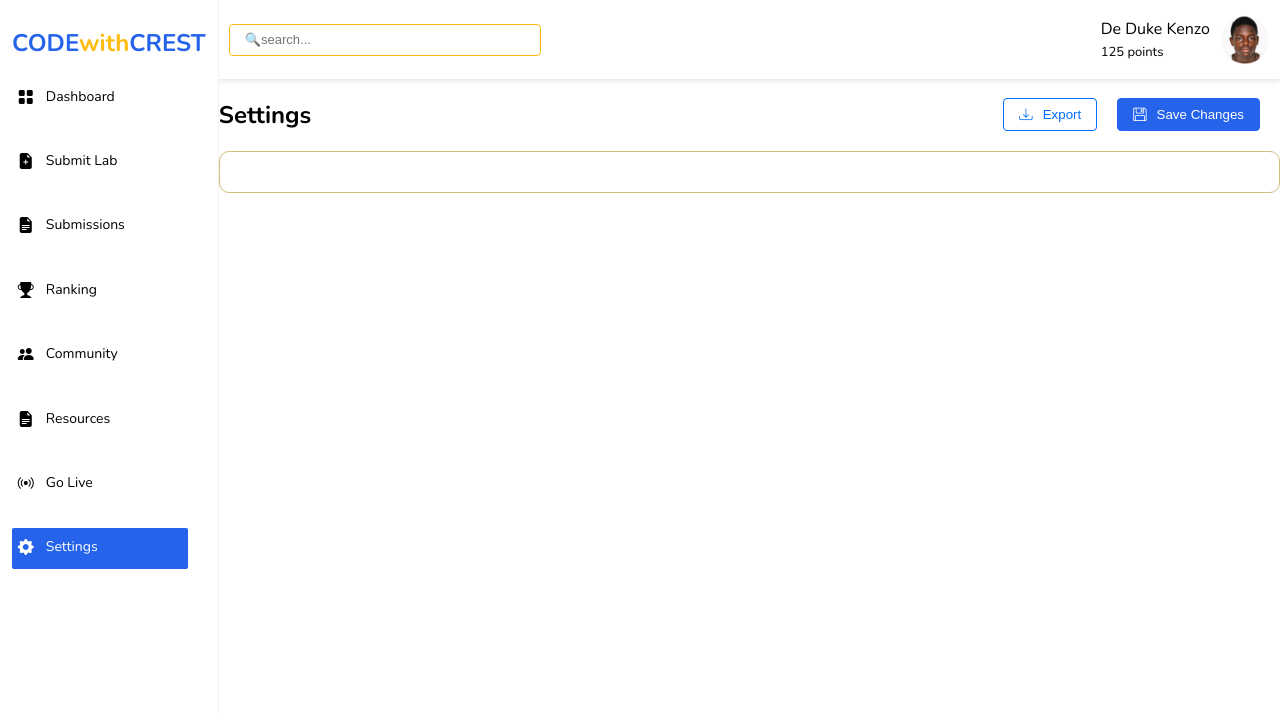
Repository: CarlTeclancing/codewithcrest
Page: /dashboard/settings
An editor plug-in stored every save of this project. The page is shown before and after the next save, followed by the edit.
The browser window is 1280 px wide. The pictures show the whole page.
The project was rebuilt for these pictures with package versions that can differ from the ones it lists, and the page was loaded fresh each time. Also part of the build but not shown: vite.config.js, src/pages/Dashboard/dashboard.css, globals.js, src/pages/Dashboard/Dashboard.jsx, src/pages/ranking/ranking.css, src/components/UserCard.jsx, src/pages/ranking/Ranking.jsx, src/components/GuideLines.jsx and 18 more.

Above is the page before, as saved 2025-09-10 14:41:31.

### index.html
<!doctype html>
<html lang="en">
  <head>
    <meta charset="UTF-8" />
    <link rel="icon" type="image/svg+xml" href="./src/assets/react.svg" />
    <meta name="viewport" content="width=device-width, initial-scale=1.0" />
    <title>CODEwithCREST</title>
    <link rel="stylesheet" href="https://cdn.jsdelivr.net/npm/bootstrap-icons@1.13.1/font/bootstrap-icons.min.css">
    <!-- fonts-->
     <link rel="preconnect" href="https://fonts.googleapis.com">
     <link rel="preconnect" href="https://fonts.gstatic.com" crossorigin>
     <link href="https://fonts.googleapis.com/css2?family=Nunito:ital,wght@0,200..1000;1,200..1000&display=swap" rel="stylesheet">
  </head>
  <body>
    <div id="root"></div>
    <script type="module" src="/src/main.jsx"></script>
  </body>
</html>

### src/main.jsx
import { StrictMode } from 'react'
import { createRoot } from 'react-dom/client'
import './index.css'
import App from './App.jsx'
import 'react-responsive-modal/styles.css';


createRoot(document.getElementById('root')).render(
  <StrictMode>
    <App/>
  </StrictMode>,
)

### src/index.css
:root {
  /* CSS variables */
   --primary-color: #5B0C4E;
   --primary-color-hover: #5b0c4edc;
   --bg-color: #FFFAFE;
   --bg-white: #ffffff;
   --text-color: #262626;
   --border-color: #93B4FD;
   --bg-tab: #DECADB;

   --pending: #EA5254;
   --completed: #3CDA7D;
   --in-progress: #F9BD3B;

   --primary-white-color: white;
   --primary-black-color: black;
   --primary-error-color: red;
 }

body{
  /* border: solid 1px blue; */
  margin: 0%;
  width: 100%;
  height: auto;
  /* display: flex; */
  /* justify-content: center; */
  font-family: "Nunito", sans-serif;
  font-optical-sizing: auto;
  font-weight: 400;
  font-style: normal;
  overflow-x: hidden;
}
/* .post{
  width: 80%;
  display: flex;
  flex-direction: row;
  flex-wrap: wrap;
  align-items: center;
  justify-content: center;
}
.individual-post{
  width: 500px;
  height: auto;
  background-color: rgba(0, 0, 0, 0.05);
  margin: 12px;
  padding: 24px;
  border-radius: 12px;
  border: 1px solid rgba(0, 0, 0, 0.05);
  color: black;
} */

### src/App.jsx
import React  from 'react'
import { createBrowserRouter, RouterProvider ,Route ,Routes } from 'react-router-dom'

import Dashboard from './pages/Dashboard/Dashboard.jsx'
import Ranking from './pages/ranking/Ranking.jsx'
import Submission from './pages/submission/Submission.jsx'

import SubmitLab from './pages/submitLab/SubmitLab.jsx'
import Community from './pages/community/Community.jsx'
import Resources from './pages/resources/Resources.jsx'
import Assistant from './pages/assistant/Assistant.jsx'
import Login from './pages/auths/login/Login.jsx'
import Register from './pages/auths/register/_Register.jsx'
import PersonalInfo from './pages/auths/register/PersonalInfoForm.jsx'
import Experience from './pages/auths/register/ExperienceForm.jsx'
import Program from './pages/auths/register/ProgramForm.jsx'
import { UserProvider } from './providers/userProvider.jsx'
import DashboardLayout from './Layout/DashboardLayout.jsx'
import Subscribe from './pages/subscribe/Subscribe.jsx'
import GoLive from './pages/golive/GoLive.jsx'
import Setting from './pages/settings/Setting.jsx'

function App() {

  const router = createBrowserRouter([
    {path:'/', element:<Login />},
    // No landing page
    // Auth pages
    {path:'/login',  index:true,element:<Login />},
    {path:'/register', element:<Register />},
    {path:'/personal-information', element:<PersonalInfo />},
    {path:'/program', element:<Program />},
    {path:'/experience', element:<Experience/>},

    // Subscribtion page
    {
      path:'/subscribe',
      element:<Subscribe/>
    },

    // Dashboard pages
    {
      path:'/dashboard',
      element:<DashboardLayout/>,
      children:[
        {
          index:true,
          element:<Dashboard/>
        },
        {path:'submissions', element:<Submission />},
        {path:'submitlab', element:<SubmitLab />},
        {path:'community', element:<Community />},
        {path:'ranking', element:<Ranking />},
        {path:'resources', element:<Resources />},
        {path:'golive', element:<GoLive />},
        {path:'settings', element:<Setting />},

      ]
    },

    // {path:'/ranking', element:<Ranking />},
    // {path:'/bugtracking', element:<BugTracking />},
    // {path:'/hello', element:<Hello />},
    // {path:'/assistant', element:<Assistant />}

  ]);

  return (
    <>
      <UserProvider>
        <RouterProvider router={router} />
      </UserProvider>
    </>
  )
}

export default App

const Temp = () => {
  return(
    <>
      testing temp comp
    </>
  )
}

### src/providers/userProvider.jsx
import React ,{createContext ,useState} from "react";


const UserContext = createContext()

export const UserProvider = ({children}) => {
    const [user ,setUser] = useState()

    return (<UserContext.Provider value={{user:user ,setUser:setUser}}  >{children}</UserContext.Provider>)
}

export default UserContext

### src/Layout/DashboardLayout.jsx
import React from "react";
import Sidebar from "../components/Sidebar";
import { Outlet } from "react-router-dom";
import Header from "../components/Header";
import '../styles/layout.css'


const DashboardLayout = () => {
    return(
        <React.Fragment>
            <div style={{border:'solid 0px blue',display:'flex' }}>
                <Sidebar/>

                <div style={{border:'solid 0px red' ,flex:1 ,display:'flex', flexDirection:'column'}}>
                    <div>
                        <Header/>
                    </div>
                    <div>
                        <Outlet/>
                    </div>
                </div>
            </div>

        </React.Fragment>
    )
}

export default DashboardLayout

### src/pages/settings/Setting.jsx
import React, {useState ,useEffect} from 'react'

function Setting() {
  return (
    <div>
        <div style={{display:'flex', justifyContent:'space-between'}}>
            <h2>Settings</h2>
            <div style={{display:'flex', alignItems:'center'}}>
                <button className='btnl'>
                    <i class="bi bi-download" style={{marginRight:'10px'}}></i>
                    Export
                </button>
                <button>
                    <i class="bi bi-floppy" style={{marginRight:'10px'}} ></i>
                    Save Changes
                </button>
            </div>
        </div>

        <div className="lab-info">

        </div>
    </div>
  )
}

export default Setting

### src/pages/submitLab/submitlab.css
.labs-container{
    display: flex;
    flex-direction: column;
    padding: 0px 10px;
    gap: 15px;
}
.lab-info{
    display: flex;
    padding: 20px;
    border-radius: 10px;
    flex-direction: column;
    border: 1px solid rgba(168, 122, 5 ,0.5);
}
.headline{
    display: flex;
    align-items: center;
    justify-content: space-between;
    line-height: 0%;
}
.headline h3{
    /* font-size: x-large; */
    font-weight:800;
}
.bottom-line{
    display: flex;
    align-items: center;
    justify-content: space-between;
    font-size: small;
}
.points{
    font-size: small;
}
.hashtags{
    /* width: auto; */
    border: solid 1px rgba(0,0,255 ,0.3);
    padding: 10px;
    font-size: x-small;
    color: #006EFF;
    border-radius: 6px;
    background-color: #E3F2FD;
}
.inactive-btn{
    color: #2563EB;
    background-color: white;
    border: solid 1px #2563EB;
}
.deadline{
    color: #006EFF;
    margin-right: 25px;
}
.task{
    color: grey;
}
.form-group{
  display: flex;
  align-items:center;
  margin-bottom: 15px;
}
.form-group > div {
  flex: 1; /* Makes both fields take equal space */
  margin-right: 10px;
}
.form-group > div:last-child {
  margin-right: 0; /* Remove margin from the last child */
}
button{
    color: black;
    padding: 5px 8px;
    margin-right: 20px;
}
button:hover, .button.active{
  cursor: pointer;
  border-radius: 2px;
  color: white;
  border: 1px solid #2563EB;
  background-color: #2563EB;
}
.upload{
    padding: 20px;
    width: 60%;
    height: 160px;
    place-self: center;
    display: flex;
    margin: 25px 0;
    border-radius: 5px;
    flex-direction: column;
    text-align: center;
    align-items: center;
    justify-content: center;
    border: 1px dashed black;
}
.upload input{
    padding: 5px 8px;
    place-self: center;
}
.upload span{
 color: #959595;
 font-size: 10px;
}

th{
    color: #959595;
    font-weight: lighter;
    background-color: #E3F2FD;
}
td{
    padding: 8px 15px;
    font-size: 12px;
    font-weight: lighter;
}
.url{
    color: #006EFF;
}
.nav{
    width: 95%;
    display: flex;
    align-items: center;
    justify-content: space-between;
}
label, input::placeholder{
    font-size: 13px;
}
.btnl{
    color: #006EFF;
    background-color: white;
    border: 1px solid #006EFF;
}
.bar a{
    color: black;
    font-weight: 12px;
    margin-left: 25px;
    font-weight: lighter;
    text-decoration: none;
}

### src/pages/community/community.css
.community-page{
    display: flex;
    gap: 20px;
    /* padding-right: 20px; */
}
.form-post span{
    margin-right: 10px;
}
.left-side{
    /* width: 60%; */
    flex: 1;
    display: flex;
    /* margin-right: 20px; */
    flex-direction: column;
}
.right-side{
    width: 250px;
    display: flex;
    flex-direction: column;
    font-size: small;
    gap: 15px;
}
.firstline{
    display: flex;
    align-items: center;
}
.contributor-info{
    display: flex;
    flex-direction: column;
    /* border: solid 1px red; */
    padding: 0;
    margin: 0;
    line-height: normal;
}
.contributors img{
  width: 40px;
  height: 40px;
  background-color: rgba(0,0,0,0.2);
  border-radius: 50%;
  margin-right: 20px;
}
input{
    height: 23px;
}
textarea{
    height: 70px;
}
input, textarea{
    width:90%;
    outline: none;
    padding: 5px 10px;
    border-radius: 3px;
    border: 1px solid #959595;
}
.bottom{
    display: flex;
    align-items: center;
    justify-content: space-between;
}
.add a{
    color: #959595;
    margin-right: 15px;
    text-decoration: none;
}
.bottom button{
    color: white;
    padding: 8px 12px;
    border-radius: 6px;
    border: 1px solid #9b83fc;
    background-color: #9b83fc;
}
.trends{
    display: flex;
    justify-content: space-between;
}
.hashtag{
    color: #9b83fc;
}
.top-contributors{
    display: flex;
    flex-direction: column;
    gap: 7px;
}
.contributors, .top-contributors{
    margin: 0% !important;
}
.contributors{
    display: flex;
    align-items: center;
}
.contributor-point{
    color: #959595;
}
.suggestion{
    padding: 5px 10px;
    margin-bottom: 10px;
    border-radius: 4px;
    background-color: #f3f2f2;
}
.level-name{
    color: #16A34A;
}
.suggestion p, .level-point{
    color: #959595;
}
.post-profile{
    display: flex;
    padding: 10px 0px;
    align-items: center;
    gap: 5px;
}
.form-post{
    padding: 0px 20px;
    border-radius: 3px;
    margin-bottom: 10px;
    border: 1px solid #959595;
}
.post-profile img{
    width: 45px;
    height: 45px;
    background-color: rgba(0,0,0,0.2);
    border-radius: 20px;
}
.post-profile .name{
    font-weight: bold;
}
.post-profile .time{
    font-size: small;
    color: grey;
}
.post-profile-info{
    display: flex;
    flex-direction: column;
}

### src/pages/resources/resource.css
button{
  color: white;
  padding: 8px 15px;
  border-radius: 4px;
  background-color: #2563EB;
  border: 1px solid #2563EB;
}
.library{
    display: flex;
    padding: 10px;
    border-radius: 5px;
    flex-direction: column;
    border: 1px solid rgba(0,0,0,0.2);
}
.nav-link{
    display: flex;
    align-items: center;
    justify-content: space-between;
}
.nav-link a, .bln{
    padding: 5px 10px;
    color: black;
    text-decoration: none;
    border-radius: 5px;
    background-color: #f0efef;
}
.nav-link a:hover{
    color: white;
    background-color: #2563EB;
}
.nav{
    display: flex;
    width: 40%;
    flex-direction: left;
}
.resource-block{
    /* width: 100%; */
    display: flex;
    overflow: hidden;
    justify-content: space-between;
}
.resource-box{
    min-width: 275px;
    height: 150px;
    padding: 0px 15px;
    /* margin-right: 15px; */
    border-radius: 5px;
    /* margin-bottom: 10px; */
    border: 1px solid rgba(0,0,0,0.2);
}
.left-block{
    /* width: 73%; */
    flex: 1;
    /* border: solid 1px red; */
    display: flex;
    gap: 10px;
    row-gap: 0px;
    flex-wrap: wrap;
}
.right-block{
 width: 200px;
 font-size: small;
 display: flex;
 flex-direction: column;
 gap: 10px;
}
.right-bar{
 padding:10px 15px;
 border-radius: 5px;
 border: 1px solid rgba(0,0,0,0.2);
}
.post-profile-info .name{
    margin: 0%;
}
.headline{
    display: flex;
    justify-content: space-between;
    gap: 20px;
}
.headline span{
    /* text-align: center; */
}
.top-value{
    color: #2563EB;
}
.quote{
    color: #2563EB;
    margin-top: 25px;
    padding:10px 15px;
    text-align: center;
    border-radius: 5px;
    background-color: #cce0f4;
    border: 1px solid #2563EB;
}
.goal{
    color: #2563EB;
    text-align: center;
    font-weight: bolder;
}
.weekly{
    text-align: center;
}
.weekly progress{
    background-color: #FFBC10;
}
.weekly progress::-webkit-progress-value {
  background-color: #FFBC10;
  border-radius: 10px;
  height: 8px;
}
.column{
    padding: 5px 10px;
    border-radius: 10px;
    margin-bottom: 10px;
    border-left: 3px solid #FFBC10;
    background-color: #d7e6f5;
}
.column h4{
    margin: 7px;
}
.column p{
    margin: 0%;
    font-size: 12px;
    line-height: 17px;
}
.p{
    color: #959595;
}
.assistant{
    display: flex;
    flex-direction: column;
}
.assistant h1, .assistant p{
    text-align: center;
}
.assistant h1{
    margin: 0%;
}
.assist{
    width: 60%;
    display: flex;
    margin-top: 40px;
    place-self: center;
    flex-direction: column;
}
.box-suggest{
    /* border:solid 1px red; */
    width: 100%;
    display: flex;
    flex-wrap: wrap;
    align-items: center;
    gap: 10px;
    justify-content: space-evenly;
}
.suggest{
    cursor: pointer;
    padding: 20px;
    font-size: smaller;
    color: #2563EB;
    text-align: center;
    border-radius: 5px;
    font-weight: bold;
    border: 1px solid #c3c3c3;
}

### src/components/Sidebar.jsx
import React from 'react'
import { Link  ,useLocation } from 'react-router-dom'
import '../styles/sideBarStyles.css'


function Sidebar() {

   const location = useLocation()

   return (
    <div className='sidebar-admin'>
         <h2 className="logo p-10"><span>CODE</span>with<span>CREST</span></h2>
         <div className="navbar p-10">
               <Link className={`section ${location.pathname === "/dashboard" ? "active" : ""}`} to="/dashboard" >
                  <i className="bi bi-grid-fill"></i>
                  <span className='nav-element'>Dashboard</span>

               </Link>
               <Link className={`section ${location.pathname === "/dashboard/submitlab" ? "active" : ""}`} to="/dashboard/submitlab">
                  <i class="bi bi-file-earmark-plus-fill"></i>
                  <span className='nav-element'>Submit Lab</span>
               </Link>
               <Link className={`section ${location.pathname === "/dashboard/submissions" ? "active" : ""}`} to="/dashboard/submissions">
                  <i class="bi bi-file-earmark-text-fill"></i>
                  <span className='nav-element'>Submissions</span>
               </Link>
               <Link className={`section ${location.pathname === "/dashboard/ranking" ? "active" : ""}`} to="/dashboard/ranking">
                  <i class="bi bi-trophy-fill"></i>
                  <span className='nav-element'>Ranking</span>
               </Link>
               <Link className={`section ${location.pathname === "/dashboard/community" ? "active" : ""}`} to="/dashboard/community">
                  <i class="bi bi-people-fill"></i>
                  <span className='nav-element'>Community</span>
               </Link>
               <Link className={`section ${location.pathname === "/dashboard/resources" ? "active" : ""}`} to="/dashboard/resources">
                  <i class="bi bi-file-earmark-text-fill"></i>
                  <span className='nav-element'>Resources</span>
               </Link>
               <Link className={`section ${location.pathname === "/dashboard/golive" ? "active" : ""}`} to="/dashboard/golive">
                  <i class="bi bi-broadcast"></i>
                  <span className='nav-element'>Go Live</span>
               </Link>
               <Link className={`section ${location.pathname === "/dashboard/settings" ? "active" : ""}`} to="/dashboard/settings">
                  <i class="bi bi-gear-fill"></i>
                  <span className='nav-element'>Settings</span>
               </Link>
         </div>

      </div>
  )
}

export default Sidebar

### src/components/Header.jsx
import React ,{useState ,useEffect} from 'react'
// import  './layout.css'
import Img1 from '../assets/img1.jpg'


function Header() {

  const [showMenu ,setShowMenu] = useState(false)

  useEffect(()=>{
    if(window.innerWidth <= 500){
      setShowMenu(true)
    }
  },[window.innerWidth])
  console.log(showMenu);


  return (
    <div className='head'>
      {/* {showMenu && <div>
          <span className='bi bi-menu'>🍺</span>
      </div>} */}

      {/* <h2 className="logo"><span>CODE</span>with<span>CREST</span></h2> */}
        <div>
          <span style={{display:'flex', alignItems:'center'}}>
            <input type="text"  className='search' placeholder='🔍search...  '/>
          </span>
        </div>

        <div className="profile" style={{cursor:'pointer'}}>
            <p className='name'>De Duke Kenzo<br/><span className='points'>125 points</span></p>
            <img src={Img1} alt="" />
        </div>
    </div>
  )
}

export default Header

### src/styles/layout.css
.guidelines{
  /* border: solid 1px cyan; */
  padding: 5px;
}
.guide{
  width: 250px;
  border-radius: 10px;
  font-size: small;
  border: 1px solid #93B4FD;
  background-color: #F0F9FF;
  padding:10px;
  display: flex;
  flex-direction: column;
  color: grey;
}
.guide h3{
  color: black;
  /* line-height: normal; */
}
.guide ul{
  list-style: none;
}
.guide-container{
  /* width: 100%; */
  display: flex;
  flex-wrap: wrap;
  gap: 15px;
  /* justify-content: space-between; */
}
.guide-container div:first-child{
  border-left: 4px solid var(--primary-color);
}
.guide-container div:nth-child(2){
  border-left: 4px solid var(--primary-error-color);
  /* margin-left: 12px; */
}
.guide-container div:nth-child(3){
  border-left: 4px solid var(--completed);
  /* margin-left: 12px; */
}

.nav-element{
  margin-left: 12px;
  font-size: 14px;
  width: 100%;
}

.head{
  padding: 10px;
  height:59px;
  /* width: 98%; */
  display: flex;
  align-items: center;
  justify-content: space-between !important;
  background-color: #ffffff;
  box-shadow: 0 2px 5px rgba(0, 0, 0, 0.1);
}

.icon{
  margin-right: 10px;
}
.search{
  width: 280px;
  height: 30px;
  outline: none;
  border-radius: 4px;
  border: 1px solid #FFBC10;
  padding: 0 15px;
}
.profile{
  display: flex;
  align-items: center;
}
.profile img{
  width: 50px;
  border-radius: 50%;
  margin-left: 10px;
}

.dashboard-container{
  padding: 10px;
  padding-bottom: 50px;
  /* border: solid 1px green; */
  overflow: auto;
  display: flex;
  flex-direction: column;
  gap: 20px;
}

### src/styles/sideBarStyles.css
.sidebar-admin{
  top: 0;
  max-width: 200px;
  display: flex;
  padding: 12px;
  flex-direction: column;
  background-color: #ffffff;
  scroll-behavior: smooth;
  border-right: solid 1px rgba(0,0,0,0.05);
  /* border: solid 1px red; */
  position: sticky;
  height: 96vh;
}
.sidebar-admin a{
  text-decoration: none;
  color: black;
  margin-bottom: 20px;
  background-color: rgba(255, 255, 255, 0.527);
  border-radius: 3px;
  transition: 0.3s, color 0.3s;
  display: flex;
}
.navbar{
  display: flex;
  flex-direction: column;
  justify-content: space-between;
}
.logo{
 margin:0px;
 font-weight: bolder;
 color: #FFBC10;
 line-height: normal;
 padding: 15px 0px;
}
.logo span{
  color: #2563EB;
}
.section{
  margin: 3px 0;
  width: 85%;
  padding: 5% 3%;
  border-radius: 2px;
}
.section:hover, .section.active{
  cursor: pointer;
  border-radius: 2px;
  color: white;
  background-color: #2563EB;
}

@media screen and (max-width:500px) {
.sidebar-admin{
  border: solid 1px red;
  padding: 0px;
  max-width: 0px;
  overflow: hidden;
}

}

After the next save:
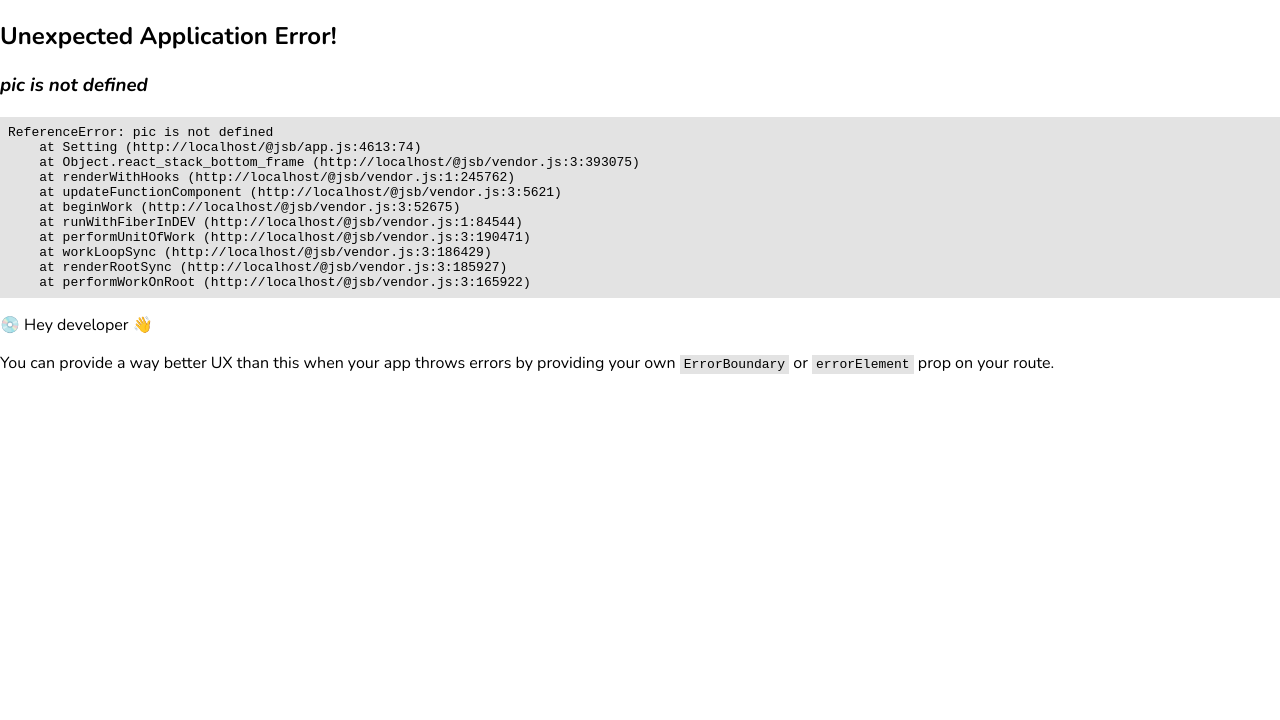
Saved 44 s later.
--- a/src/pages/settings/Setting.jsx
+++ b/src/pages/settings/Setting.jsx
@@ -18,7 +18,13 @@ function Setting() {
         </div>
 
         <div className="lab-info">
-
+            <div className="post-profile">
+            <img src={pic} alt="" />
+            <div className="post-profile-info">
+                <span className="name">{name}</span>
+                <span className="time">{time}</span>
+            </div>
+        </div>
         </div>
     </div>
   )
